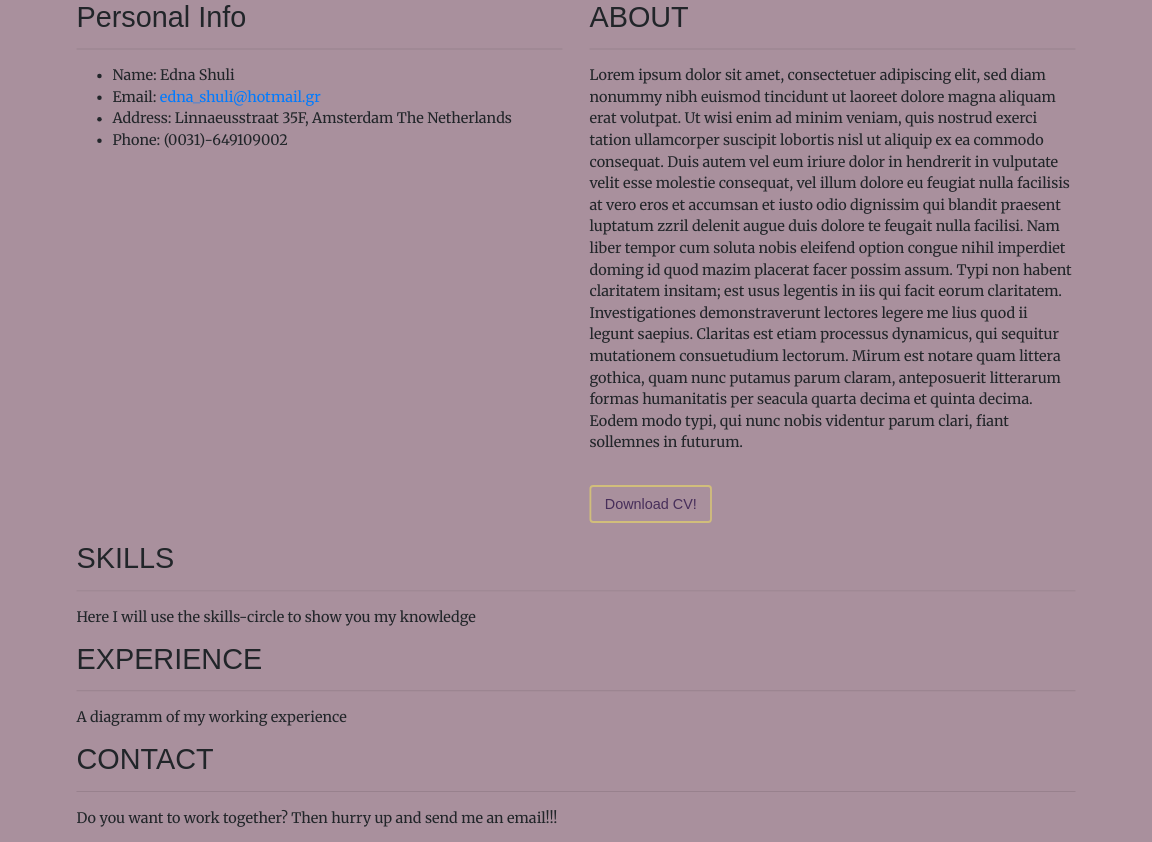
Repository: edshuli/Portfolio
Page: index.html
The author's editor kept a record of every edit. The page is drawn from the files as they stood at one moment, then again after the next edit.
The browser window is 1280 px wide. The pictures show the part of the page from y = 720 to 1868 px (the page is 1656 px tall before and 1868 px after), at 90% of full size.
Backgrounds fixed to the window are drawn as part of the page. Some web fonts or font styles are not loaded; a fallback is used.

Above is the page before.

### index.html
<!DOCTYPE html>
<html lang="en">

<head>
    <meta charset="UTF-8">
    <meta name="viewport" content="width=device-width, initial-scale=1.0">
    <meta http-equiv="X-UA-Compatible" content="ie=edge">
    <link rel="stylesheet" href="https://stackpath.bootstrapcdn.com/bootstrap/4.3.1/css/bootstrap.min.css" type="text/css" />
    <link rel="stylesheet" href="https://stackpath.bootstrapcdn.com/font-awesome/4.7.0/css/font-awesome.min.css" type="text/css" />
    <link rel="stylesheet" href="https://cdnjs.cloudflare.com/ajax/libs/hover.css/2.3.1/css/hover-min.css" type="text/css" />
    <link rel="stylesheet" href="assets/css/style.css" type="text/css" />
    <title>Edna Shuli - Full Stack Web Developer</title>
</head>

<body>

    <div class="container-fluid navbar-menu">
        <div class="row">
            <div class="col-12">
                <!-- NAVBAR -->
                <nav class="navbar navbar-expand-sm fixed-top navbar-light ">
                    <a href="index.html" class="navbar-brand"><i class="fa fa-home" aria-hidden="true"></i>Ed.Sh</a>
                    <button class="navbar-toggler" type="button" data-toggle="collapse" data-target="#menuDropdown" aria-controls="menuDropdown" aria-expanded="false" aria-label="Toggle navigation">
           <span class="navbar-toggler-icon"></span>
       </button>

                    <div id="menuDropdown" class="navbar-collapse collapse">
                        <ul class="navbar-nav mr-auto">
                            <li><a class="nav-link text-uppercase" href="#">about</a></li>
                            <li><a class="nav-link text-uppercase" href="#">skills</a></li>
                            <li><a class="nav-link text-uppercase" href="#">work</a></li>
                            <li><a class="nav-link text-uppercase" href="#">education</a></li>
                            <li><a class="nav-link text-uppercase" href="#">contact</a></li>
                            <li><a class="nav-link text-uppercase" href="#">cv</a></li>
                        </ul>
                    </div>
            </div>
        </div>
        </nav>
    </div>
    <div class="container-fluid homepage-container ">
        <div class="row">
            <div class="col-12">
                <!--  <div class="opaque-overlay">&nbsp;</div> -->
                <div class="jumbotron ">
                    <h1 class="header">Hi! I'm </br><span class="name">
            Edna Shuli</span></h1>
                    <p class="title">Full Stack Web Developer</p>
                </div>
            </div>
        </div>
    </div>

    <!-- <div class="container-fluid homepage-container"> -->

    <!-- NAVBAR -->
    <!--    <nav class="navbar navbar-light navbar-fixed-top ">
            <div class="navbar-container">
                <button class="navbar-toggler" type="button" data-toggle="collapse" data-target="#menuDropdown" aria-controls="menuDropdown" aria-expanded="false" aria-label="Toggle navigation">
           <span class="navbar-toggler-icon"></span>
       </button>

                <div id="menuDropdown" class="navbar-collapse collapse">
                    <ul class="navbar-nav ">
                        <li><a href="#">home</a></li>
                        <li><a href="#">about</a></li>
                        <li><a href="#">skills</a></li>
                        <li><a href="#">experience</a></li>
                        <li><a href="#">education</a></li>
                        <li><a href="#">contact</a></li>
                        <li><a href="#">cv</a></li>
                    </ul>
                </div>
            </div>
        </nav> -->
    <!-- JUMBOTRON-->

    <!--   <div class="jumbotron jumbotron-fluid "> -->
    <!-- <div class="opaque-overlay">&nbsp;</div> -->
    <!--       <h1 class="header text-uppercase">Hi! I'm </br><span class="name">
            Edna Shuli</span></h1>
            <h2 class="title">Full Stack Web Developer</h2>
        </div>
    </div>
-->




    <!-- ABOUT ME -->
    <section class="aboutme">
        <div class="container aboutme-container">
            <div class="row">
                <div class="col-md-6">
                   <div class="personal-info">
                       <h2 class="uppercase">Personal Info</h2>
                       <hr class="title-divider">
                       <ul>
                           <li>Name: Edna  Shuli</li>
                           <li>Email: <a href="mailto:edna_shhuli@hotmail.gr">edna_shuli@hotmail.gr</a></li>
                           <li>Address: Linnaeusstraat 35F, Amsterdam The Netherlands</li>
                           <li>Phone: (0031)-649109002</li>
                       </ul>
                   </div>
               </div>
                <div class="col-md-6">
                    <h2 class="text-uppercase">About</h2>
                    <hr class="title-divider">
                    <div class="aboutmeitem">
                        <p>Lorem ipsum dolor sit amet, consectetuer adipiscing elit, sed diam nonummy nibh euismod tincidunt ut laoreet dolore magna aliquam erat volutpat. Ut wisi enim ad minim veniam, quis nostrud exerci tation ullamcorper suscipit lobortis
                            nisl ut aliquip ex ea commodo consequat. Duis autem vel eum iriure dolor in hendrerit in vulputate velit esse molestie consequat, vel illum dolore eu feugiat nulla facilisis at vero eros et accumsan et iusto odio dignissim
                            qui blandit praesent luptatum zzril delenit augue duis dolore te feugait nulla facilisi. Nam liber tempor cum soluta nobis eleifend option congue nihil imperdiet doming id quod mazim placerat facer possim assum. Typi non habent
                            claritatem insitam; est usus legentis in iis qui facit eorum claritatem. Investigationes demonstraverunt lectores legere me lius quod ii legunt saepius. Claritas est etiam processus dynamicus, qui sequitur mutationem consuetudium
                            lectorum. Mirum est notare quam littera gothica, quam nunc putamus parum claram, anteposuerit litterarum formas humanitatis per seacula quarta decima et quinta decima. Eodem modo typi, qui nunc nobis videntur parum clari, fiant
                            sollemnes in futurum.</p>
                    </div>
                    <button class="btn">Download CV!</button>
                </div>
            </div>
        </div>
    </section>



    <!-- Skills -->
    <div class="container skills-container">
        <section class="skills">
            <h2 class="text-uppercase">Skills</h2>
            <hr class="title-divider">
            <div class="skillsitem">
                <p>Here I will use the skills-circle to show you my knowledge</p>
            </div>
        </section>
    </div>



    <!-- Experience -->
    <div class="container experience-container">
        <section class="experience">
            <h2 class="text-uppercase">Experience</h2>
            <hr class="title-divider">
            <div class="work-history">
                <p>A diagramm of my working experience</p>
            </div>
        </section>
    </div>




    <!-- Contact -->
    <div class="container contact-container">
        <section class="contact">
            <h2 class="text-uppercase">Contact</h2>
            <hr class="title-divider">
            <div class="contact-info">
                <p>Do you want to work together? Then hurry up and send me an email!!!</p>
            </div>
        </section>
    </div>


    <!-- Download
        <section class="downloadcv">
           <button class="btn">Download CV!</button
        </section>
       -->
    <footer>

    </footer>

    <script src="https://code.jquery.com/jquery-3.3.1.slim.min.js" integrity="sha384-q8i/X+965DzO0rT7abK41JStQIAqVgRVzpbzo5smXKp4YfRvH+8abtTE1Pi6jizo" crossorigin="anonymous"></script>
    <script src="https://cdnjs.cloudflare.com/ajax/libs/popper.js/1.14.7/umd/popper.min.js" integrity="sha384-UO2eT0CpHqdSJQ6hJty5KVphtPhzWj9WO1clHTMGa3JDZwrnQq4sF86dIHNDz0W1" crossorigin="anonymous"></script>
    <script src="https://stackpath.bootstrapcdn.com/bootstrap/4.3.1/js/bootstrap.min.js" integrity="sha384-JjSmVgyd0p3pXB1rRibZUAYoIIy6OrQ6VrjIEaFf/nJGzIxFDsf4x0xIM+B07jRM" crossorigin="anonymous"></script>
</body>


</html>

### assets/css/style.css
@import url('https://fonts.googleapis.com/css?family=Merriweather:100,200,300,400,500,600,700|Playfair+Display:100,200,300,400,500,600,700|Nanum+Gothic:100,200,300,400');

body {
    font-family: "Merriweather", sans-serif;
     background-color: #a9909d;
}


/* ------------------------Button/Download--------------------*/

.btn {
    font: 16px "Playfair", sans-serif;
    color: #472e5a;
    margin: 20px 0px;
    padding: 10px 15px;
    border: 2px solid #d1be7b;
    display: inline-block;
}

/*---------------------HOMEPAGE/JUMBOTRON--------------------*/

.homepage-container {
    height: 100vh;
    background: url(../images/logo1.jpg) no-repeat center center fixed;
    -webkit-background-size: cover;
    -moz-background-size: cover;
    -o-background-size: cover;
    background-size: cover;

   display: flex;
    align-items: center;
    justify-content: center;
}



/*------------------------Jumbotron ---------------------*/

.jumbotron {
    background-color: transparent;
    margin-bottom: 0px;
   padding: 150px 700px 50px 0;
}

.header {
    color: #3e2832;
    font-size: 45px;
    font-weight: 300;
    margin-bottom: 10px;
}


.header {
    font-family: "Playfair", sans-serif;
}

span{
    font-family:"Merriweather", sans-serif;
}

.title {
    font-family: "Playfair", sans-serif;
    border-bottom-width: 1px;
    border-bottom-style: solid;
    border-bottom-color: #4f3943;
    border-top-width: 1px;
    border-top-style: solid;
    border-top-color: #4f3943;
    color: #4f3943;
    font-size: 25px;
    font-weight: 300;
    text-transform: uppercase;
    letter-spacing: 1px;
    padding: 15px 0;
}


/*---------------------------------Navbar ------------*/

.navbar {
    background-color: rgba(0, 0, 0, 0.7);
    overflow: hidden;
    position: fixed;

}

.navbar-menu {
    padding-left: 0;
    padding-right: 0;

}

.navbar-light .navbar-brand {
    letter-spacing: 1px;
    color: #d1be7b;
    font-size: 20px;
    font-weight: bold;

}

.navbar .navbar-nav a {
    font-weight: bold;
    color: #d1be7b;
    letter-spacing: 1px;
    text-decoration: none;
}

.navbar-light .navbar-nav .nav-link {
    color: #d1be7b;
}

.fa-home {
    color: #d1be7b;
}



/*-----------For mobile ------------*/

.navbar-collapse {
    text-align: right;
    display: block;
}

 .navbar-toggler {
    line-height: 1;
    background-color: #f8f9fa7a;
    border: 1px solid #fafaf8;
    border-radius: .25rem;
}

/*----------------------------TITLES/HEADERS----------------------------*/


h2{
    font-family: "Playfair",sans-serif;
}

.aboutme-container {}

.skills-container {}

.experience-container {}


.contact-container {}


/*------------------ MEDIA QUERRIES--------------*/

@media (max-width: 992px) {
    .homepage-container {
        background-attachment: scroll;
    }
}

/*
@media (min-width:768px){
    .jumbotron{
        padding-top:48px;
        padding-bottom:48px;
    }
}

*/
/*
.logo{
    background: url(../images/logo.jpg);
    background-position: center;
    background-repeat: no-repeat;
    background-size: cover;
    height: 300px;
    width: 200px;
}
.menucontainer{
  height: 100%;
  width: 200px;
  position: fixed;
  z-index: 1;
  top: 0;
  left: 0;
  background-color:rgba(105,52,102,1.3);
  overflow-x: hidden;
  padding-top: 250px;

}

.menuitem {
  padding: 6px 6px 6px 10px;
  text-decoration: none;
  font-size: 14px;
  color: #e5c54b;
  display: block;
  text-transform: uppercase;
}


*/

After the next edit:
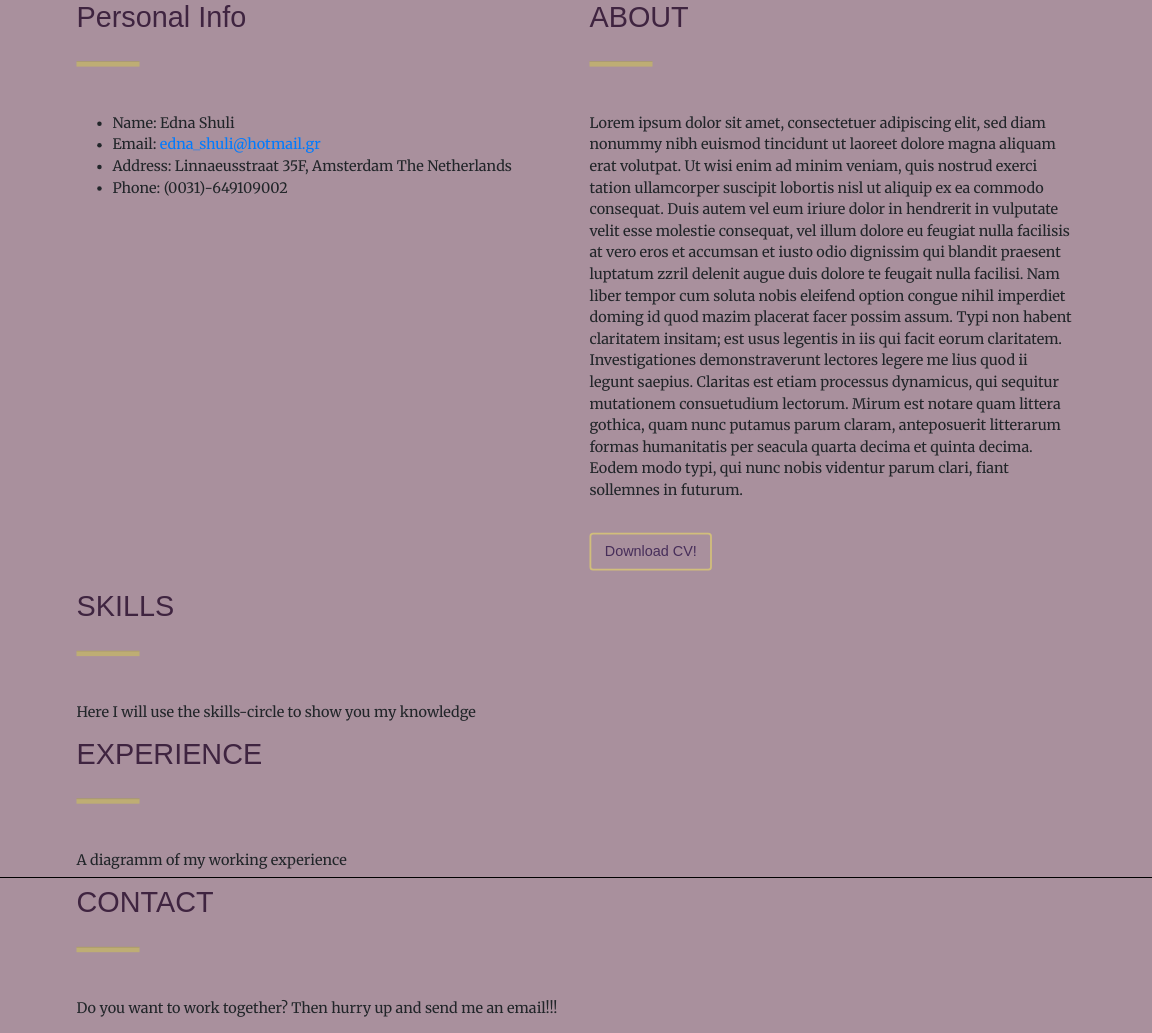
The edit:
--- a/assets/css/style.css
+++ b/assets/css/style.css
@@ -2,7 +2,7 @@
 
 body {
     font-family: "Merriweather", sans-serif;
-     background-color: #a9909d;
+    background-color: #a9909d;
 }
 
 
@@ -27,7 +27,7 @@
     -o-background-size: cover;
     background-size: cover;
 
-   display: flex;
+    display: flex;
     align-items: center;
     justify-content: center;
 }
@@ -39,7 +39,7 @@
 .jumbotron {
     background-color: transparent;
     margin-bottom: 0px;
-   padding: 150px 700px 50px 0;
+    padding: 150px 700px 50px 0;
 }
 
 .header {
@@ -54,8 +54,8 @@
     font-family: "Playfair", sans-serif;
 }
 
-span{
-    font-family:"Merriweather", sans-serif;
+span {
+    font-family: "Merriweather", sans-serif;
 }
 
 .title {
@@ -122,7 +122,7 @@
     display: block;
 }
 
- .navbar-toggler {
+.navbar-toggler {
     line-height: 1;
     background-color: #f8f9fa7a;
     border: 1px solid #fafaf8;
@@ -131,11 +131,18 @@
 
 /*----------------------------TITLES/HEADERS----------------------------*/
 
-
-h2{
-    font-family: "Playfair",sans-serif;
-}
-
+h2 {
+    font-family: "Nanum+Gothic", sans-serif;
+    color: #3f2440;
+    background-color: transparent
+}
+
+.title-divider{
+    width: 70px;
+    height: 5px;
+    background-color: #bead74;
+    margin: 30px 0 50px 0;
+}
 .aboutme-container {}
 
 .skills-container {}
@@ -163,6 +170,7 @@
 }
 
 */
+
 /*
 .logo{
     background: url(../images/logo.jpg);
